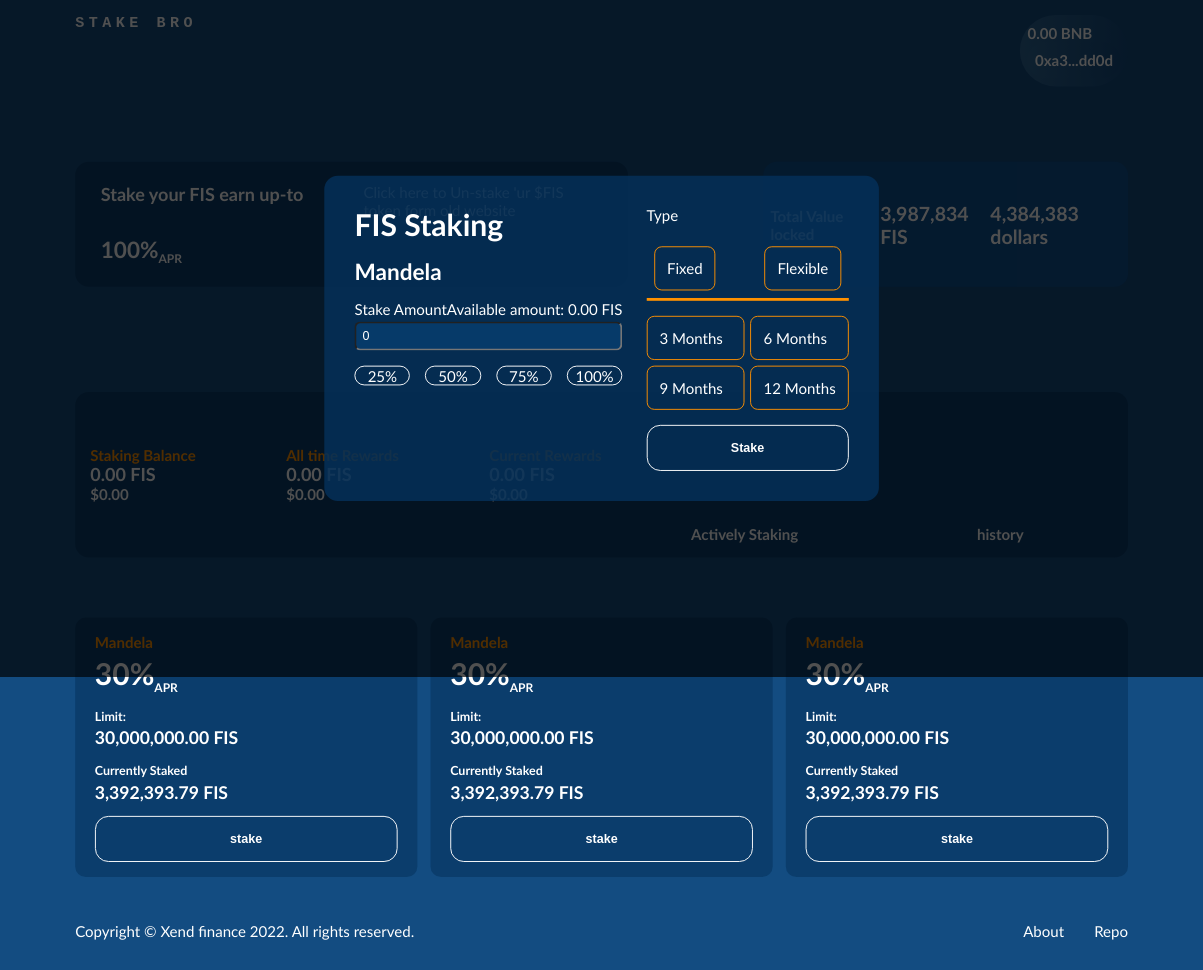
Repository: NorVirae/Stake
Page: /, after clicking the first element matching `button.stake-button`
The author's editor kept a copy of each file at every save. The page is drawn from the files as they stood at one save, then again after the next save.
The browser window is 1280 px wide. The pictures show the whole page, at 94% of full size.
The project was rebuilt for these pictures with package versions that can differ from the ones it lists, and the page was loaded fresh each time.

Above is the page before, as saved 2022-04-18 19:40:18.

### src/App.tsx
import React, { useState } from 'react';
import AccountInfoCard from './components/cards/account-info-card';
import AprCard from './components/cards/apr-card';
import StakeModal from './components/modals/stake-modal';
import './styles/app.css'

function App() {
  const [isWalletConnected, setIsWalletConnected] = useState(false)
  const [showModal, setShowModal] = useState(false)

  return (
    <div className="stake-container">

      {showModal && <StakeModal showModal={showModal} setShowModal={setShowModal}/>}
      <header>
        <nav>
            <a href='logo' className='logo'>Stake Bro</a>
            <ul>
              {
                isWalletConnected?
                  <li className='connect-wallet-btn'>Connect Wallet</li>:
                  <li className='connect-wallet-btn'>0.00 BNB
                    <li className='connect-wallet-btn'>0xa3...dd0d</li>
                </li>
                }

            </ul>
        </nav>
      </header>



      <main>
        <section className='info-global'>
          <div className='info-main'>
            <div className='inner-container-left'>
              <h1 className='earn-text'> Stake your FIS earn up-to</h1>
              <h1>100%<sub className='sub'>APR</sub></h1>

            </div>

            <div className='inner-container-right'>
              <p>Click here to Un-stake 'ur $FIS token form old website</p>
              {/* <span>{"=>"}</span> */}
            </div>
          </div>

          <div className='public-stake-info'>
            <h3 className='total-locked'>Total Value locked</h3>
            <h1 className='total-locked-token'>3,987,834 FIS</h1>
            <h2 className='total-locked-dollars'>4,384,383 dollars</h2>

          </div>

        </section>

        <section className='connection-info'>
          {
          isWalletConnected?
          <div className={'connection-container-user'}>
            <div className='connection-info-text'>No Wallet connected</div>
            <div> Connect wallet to see your balance</div>
          </div>
          :
          <>
          <div className='user-stake-info-container'>
            <AccountInfoCard title='Staking Balance' token='0.00' dollarEquiv='0.00'/>

            <AccountInfoCard title='All time Rewards' token='0.00' dollarEquiv='0.00'/>


            <AccountInfoCard title='Current Rewards' token='0.00' dollarEquiv='0.00'/>


          </div>

          <div className='info-redirect'>
            <h1>Actively Staking </h1>
            <h1>history </h1>

          </div>

          </>
          }
        </section>

        <section className='reward'>
          <AprCard stakeAction={setShowModal}/>
          <AprCard stakeAction={setShowModal}/>
          <AprCard stakeAction={setShowModal}/>
        </section>

      </main>

      <footer>
        <div className='copyright-info'>
          Copyright &copy; Xend finance 2022. All rights reserved.
        </div>
        <ul>
          <li>About</li>
          <li>Repo</li>

        </ul>
      </footer>

    </div>
  );
}

export default App;

### src/components/cards/account-info-card.tsx
import React from 'react';

interface StakeInfoParams {
    title:string,
    token:string,
    dollarEquiv:string
}

const AccountInfoCard:React.FC<StakeInfoParams> = ({title, token, dollarEquiv}) => {
    return <div className='user-stake-info'>
                <h2 className='staking-balance'>{title}</h2>
                <h1 className='token-balance-fis'>{token} FIS</h1>
                <h2 className='token-balance-dollars'>${dollarEquiv}</h2>
            </div>
}

export default AccountInfoCard;

### src/components/cards/apr-card.tsx
import React, { useState } from "react";

interface AprCardInterface{
    stakeAction:any
}

const AprCard:React.FC<AprCardInterface> = ({stakeAction})=>{
    const [isWalletConnected, setIsWalletConnected] = useState(false)
    return <div className='apr-card'>
                <div className='mandela-container'>
                    <h4 className="mandela">Mandela</h4>
                    <h1 className="apr-announce">30%<sub className="sub">APR</sub></h1>
                </div>


                <div className='limit-container'>
                    <h5>Limit:</h5>
                    <h3>30,000,000.00 FIS</h3>
                </div>

                <div className='current-container'>
                    <h5>Currently Staked</h5>
                    <h3>3,392,393.79 FIS</h3>
                </div>

                {isWalletConnected?<button className="stake-button">No wallet connected</button>:
                <button onClick = {e=>stakeAction(true)}
                className="stake-button">stake</button>}

        </div>
}

export default AprCard;

### src/components/modals/stake-modal.tsx
import React, { useState } from 'react';


interface StakeModalInterface{
    setShowModal?:any,
    showModal:boolean
}

const StakeModal:React.FC<StakeModalInterface> = ({setShowModal, showModal}) => {

    const [amountToStake, setAmountToStake] = useState(0)
    return <div onClick={e=>setShowModal(false)} className='stake-modal-container'>

                <div onClick={e=>null} className='stake-modal'>
                    <div className='stake-inner-left'>
                        <h1>FIS Staking</h1>

                        <h2> Mandela</h2>

                        <form>
                            <fieldset className='form-group'>

                                <label className='form-label'><span>Stake Amount </span> <span>Available amount: 0.00 FIS</span></label>
                                <input value={amountToStake} className='form-input'/>

                            </fieldset>
                        </form>

                        <div className='percentage-container'>

                            <div className='btn-percentage'>
                                25%

                            </div>

                            <div className='btn-percentage'>
                                50%

                            </div>

                            <div className='btn-percentage'>
                                75%

                            </div>

                            <div className='btn-percentage'>
                                100%

                            </div>
                        </div>

                        <div className='stake-type'>

                        </div>

                    </div>

                    <div className='stake-inner-right'>

                        <div className='type-title'>Type</div>
                        <div className='type-btn-container'>
                            <div className='btn-type'>
                                    Fixed
                            </div>

                            <div className='btn-type'>
                                    Flexible
                            </div>
                        </div>

                        <div className='duration-container'>
                            <div className='duration-btn'>
                                3 Months
                            </div>

                            <div className='duration-btn'>
                                6 Months
                            </div>


                            <div className='duration-btn'>
                                9 Months
                            </div>

                            <div className='duration-btn'>
                                12 Months
                            </div>

                        </div>

                        <button className='stake-button'>Stake</button>
                    </div>

                </div>

            </div>


}
export default StakeModal;

### src/styles/app.css
*{
    padding: 0;
    margin: 0;

}

::-webkit-scrollbar{
    background-color: #134C81;
    width: .4rem;
}

::-webkit-scrollbar-thumb{
    background-color: #0c5ba5;
}

img {
    width: 100%;
}

li {
    list-style-type: none;
}

body{
    background-color: #134C81;
    color: #ffff;
    font-family:'Trebuchet MS', 'Lucida Sans Unicode', 'Lucida Grande', 'Lucida Sans', Arial, sans-serif;
}
.stake-container {
    max-width: 70rem;
    margin:auto;
    display: flex;
    flex-direction: column;
    gap: 1rem;
}


nav {
    display:  flex;
    justify-content: space-between;
    padding: 1rem 0;
    position: sticky;
    top:0;
}

main {
    display: flex;
    flex-direction: column;
    gap:4rem;
}
.logo {
    text-decoration: none;
    font-family: 'Courier New', Courier, monospace;
    font-weight: 900;
    color: #ffff;
    letter-spacing: .3rem;
    text-transform: uppercase;
}

.connect-wallet-btn{
    padding: .6rem .5rem;
    background-image: linear-gradient(to right, #2d6797, #134C81  );
    font-weight: bold;
    border-radius: 3rem;
    transition: background-image .5s ease-in-out;
}

.connect-wallet-btn:hover{
    background-image: linear-gradient(to right, #134C81, #2d6797 );
    cursor: pointer;
    color: rgb(225, 225, 235);

}

.info-global{
    display: flex;
    justify-content: space-between;
    padding: 3rem 0;
    gap: 9rem;
}

.info-main{
    display: flex;
    background-color: #05315a88;
    border-radius: .9rem;
    padding: .5rem .9rem;

}

.inner-container-left, .inner-container-right{

    width: 100%;
    padding: .9rem .8rem;
    border-radius: .9rem;
    display: flex;
    flex-direction: column;
    gap:2rem
}



.earn-text {
    font-size: 1.2rem;
}

.sub{
    font-size: .8rem;
}

.public-stake-info {
    display: flex;
    justify-content: center;
    align-items: center;
    border-radius: .9rem;
    padding: .5rem;
    gap: .4rem;

    background-color: #0c5ba588;

}


.total-locked{
    font-size: 1rem;

}

.total-locked-token{
    font-size: 1.3rem;
}

.total-locked-dollars {
    font-size: 1.3rem;
}


.connection-info{
    display: flex;
    background-color: #05315a88;
    border-radius: .9rem;
    justify-content: center;
    align-items: center;
    height: 20vh;
    padding: 1rem 1rem;

}

.connection-info-text {
    font-size: 1.2rem;
    text-transform: uppercase;
}

.user-stake-info-container{
    display: flex;
    justify-content: space-between;
    width: 100%;
}

.staking-balance{
    font-size: 1rem;
    color: #FF9100;;
}

.token-balance-fis{
    font-size: 1.2rem;
}

.token-balance-dollars{
    font-size: 1rem;
}

.info-redirect{
    width: 100%;
    height: 100%;
    display: flex;
    justify-content: flex-end;
    align-items: flex-end;
    justify-content: space-around;
}

.info-redirect h1 {
    font-size: 1rem;
}

.connection-container-user{
    display: flex;
    flex-direction: column;
    justify-content: center;
    align-items: center;
}


.reward{
    display: flex;
    justify-content: space-between;
    gap: .9rem;
}

.apr-card{
    background-color: #05315a88;
    padding: 1rem 1.3rem;
    border-radius: .7rem;
    display: flex;
    flex-direction: column;
    justify-content: space-around;
    flex: 1;
    gap: .9rem;
}

.mandela-container{
    display: flex;
    flex-direction: column;
    justify-content: space-between;
    gap:.3rem;
}

.mandela{
    font-size: 1rem;
    color: #FF9100;

}

.apr-announce{
    font-size: 2rem;
}

.limit-container{
    display: flex;
    flex-direction: column;
    justify-content: space-between;
    gap:.3rem;
}

.current-container{
    display: flex;
    flex-direction: column;
    justify-content: space-between;
    gap:.3rem;
}

.stake-button{
    border-radius: .9rem;
    border: .1px solid white;
    background-color: transparent;
    padding: 1rem .6rem;
    color: #fff;
    font-weight: bold;
    transition: color .4s ease-in-out, border .4s ease-in-out;

}

.stake-button:hover{
    cursor: pointer;
    color: #FF9100;
    border: .1px solid #FF9100;

}

footer{
    display: flex;
    justify-content: space-between;
    padding: 2rem 0;

}
.copyright-info{
    display: flex;
}

footer ul{
    display: flex;
    gap: 2rem;
}


/* Stake Modal */
.stake-modal-container{
    z-index: 9;
    background-color: rgba(0, 0, 0, 0.685);
    position: fixed;
    width: 100vw;
    height: 100vh;
    top: 0%;
    left: 0%;
    display: flex;
    justify-content: center;
    align-items: center;

}

.stake-modal-container:hover{
    cursor: pointer;
}

.stake-modal{
    display: flex;
    background-color: #05315ad2;
    padding: 2rem;
    border-radius: .9rem;
    gap: .6rem;
    z-index: 8;
}

.stake-modal:hover{
    border: .2rem solid #05315ad2;
}

.stake-inner-left{
    display: flex;
    flex-direction: column;
    padding-right: 1rem;
    gap: 1rem;
}

.form-group{
    display: flex;
    flex-direction: column;
    border: none;
    gap: .2rem;

}

.form-label{
    display: flex;
    justify-content: space-between;
}

.form-input {
    border-radius: .4rem;
    padding: .4rem;
    background-color: #0c5ba54b;
    color: #fff;
}

.percentage-container{
    display: flex;
    justify-content: space-between;
    gap: 1rem;
}

.btn-percentage{
    border: .1rem solid #fff;
    border-radius: .9rem;
    flex:1;
    display: flex;
    justify-content: center;
    align-items: center;
    transition: background-color .4s ease-in-out, color .4s ease-in-out;
}

.btn-percentage:hover{
    background-color: #fff;
    color: #0c5ba5;
    cursor: pointer;
}

.stake-inner-right{
    display: flex;
    flex-direction: column;
    gap: 1rem;
}

.type-btn-container{
    display: flex;
    gap: .6rem;
    justify-content: space-between;
    padding: .5rem;
    border-bottom: .2rem solid #FF9100;

}

.btn-type {
    border: .1px solid #FF9100;
    padding: .8rem;
    border-radius: .5rem;
}

.duration-btn {
    border: .1px solid #FF9100;
    padding: .8rem;
    border-radius: .5rem;
}

.duration-container{
    display: grid;
    gap: .4rem;
    grid-template-columns: repeat(2, 1fr);
}

Loaded but not shown: public/index.html (common file); src/index.tsx (common file); src/reportWebVitals.ts (common file)

After the next save:
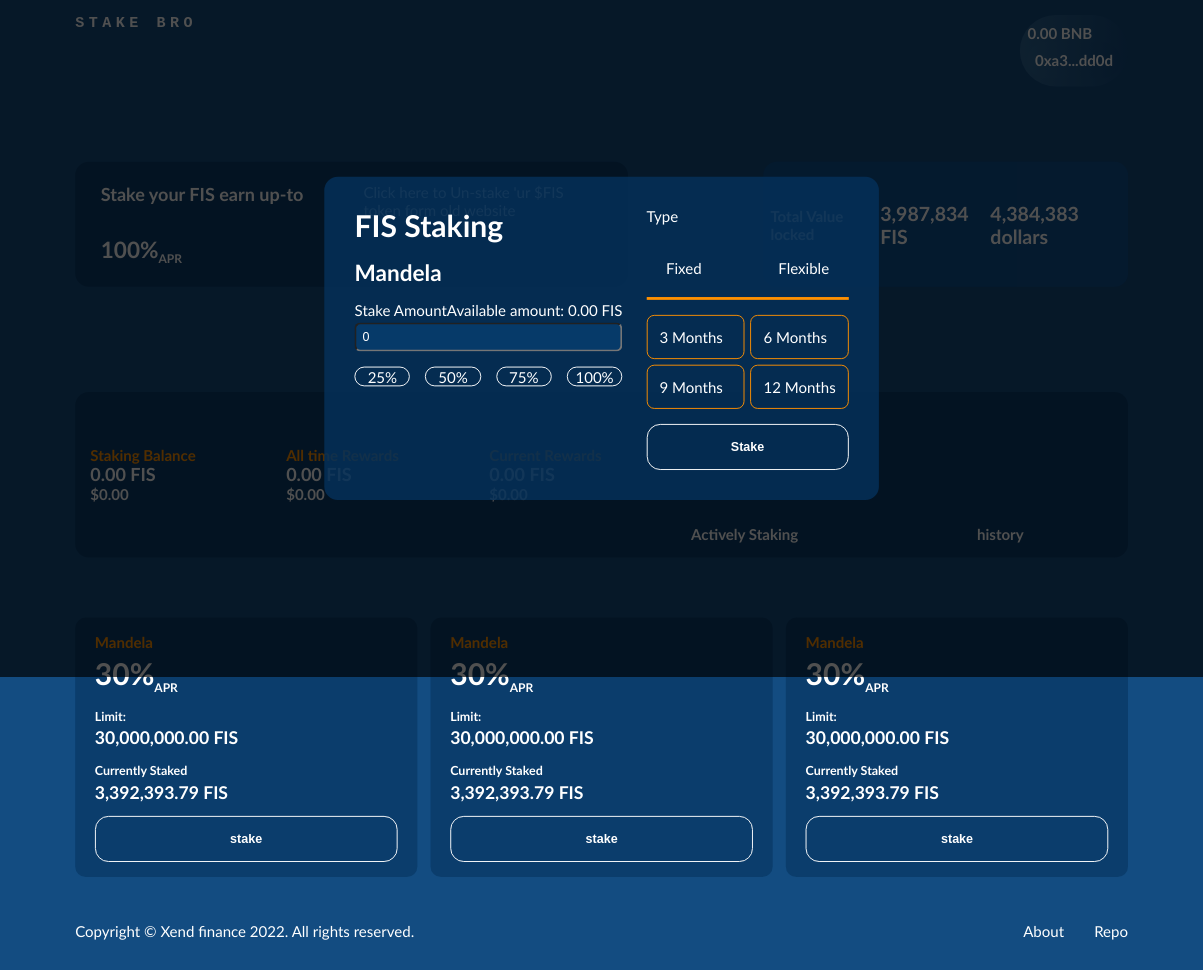
Saved 35 s later.
--- a/src/styles/app.css
+++ b/src/styles/app.css
@@ -369,7 +369,7 @@
 }
 
 .btn-type {
-    border: .1px solid #FF9100;
+    border: .1px solid ##0c5ba5;
     padding: .8rem;
     border-radius: .5rem;
 }

After the save that followed:
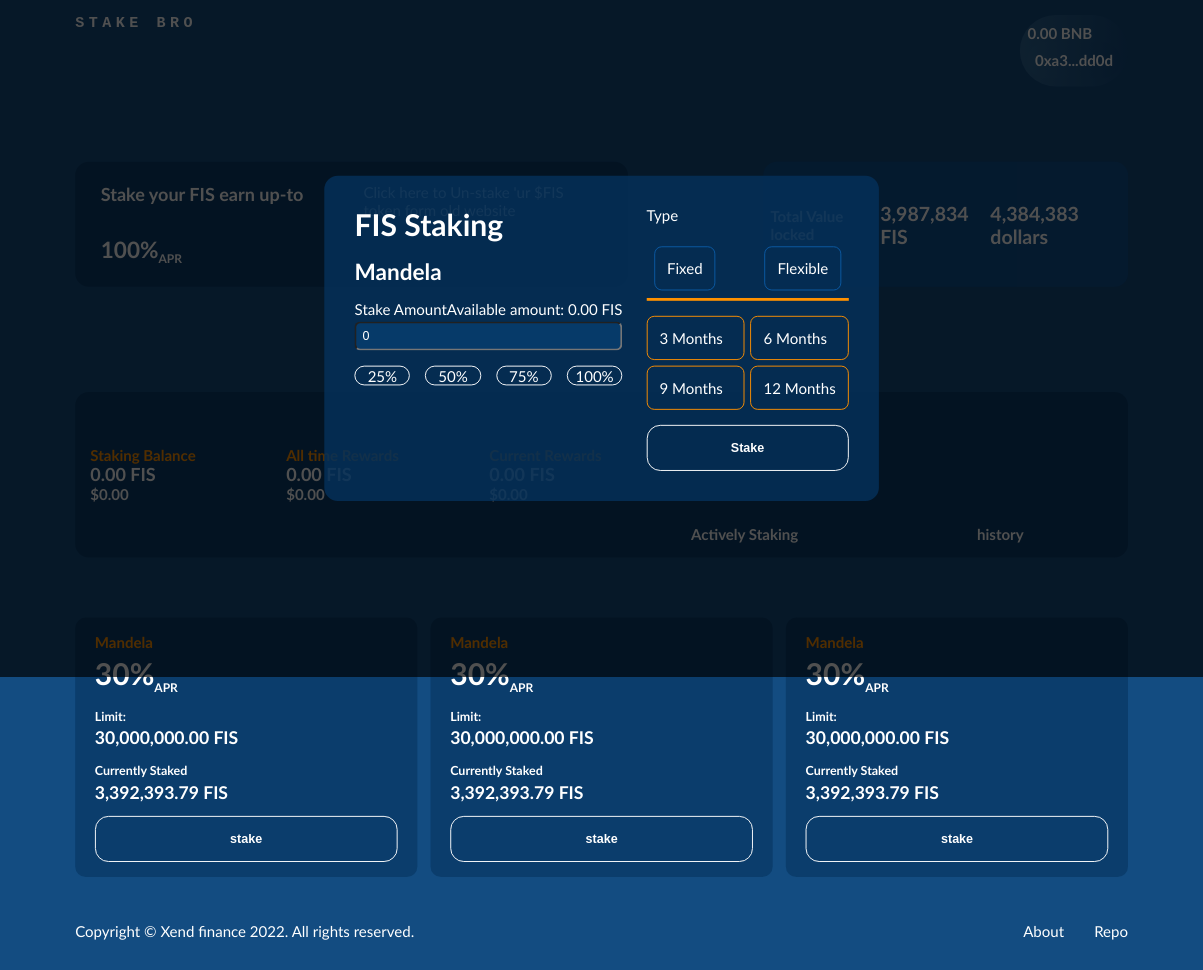
Saved 4 s later.
--- a/src/styles/app.css
+++ b/src/styles/app.css
@@ -369,7 +369,7 @@
 }
 
 .btn-type {
-    border: .1px solid ##0c5ba5;
+    border: .1px solid #0c5ba5;
     padding: .8rem;
     border-radius: .5rem;
 }
